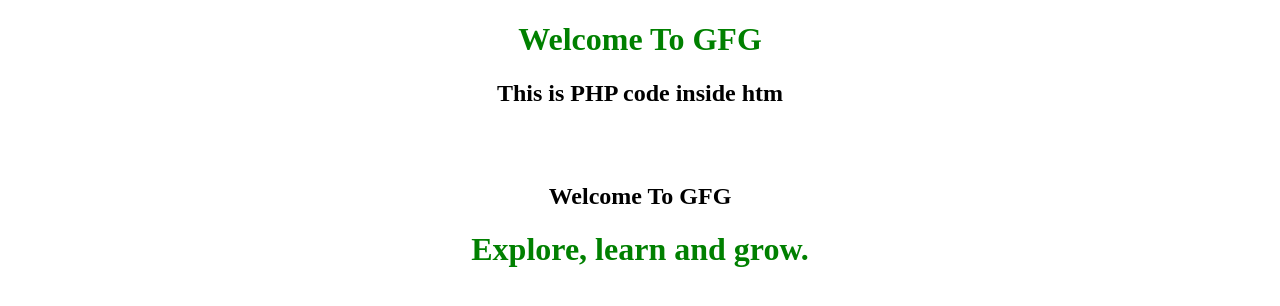
Repository: NithishKoriyar/phpprojectgh
Page: http://localhost/example1.php
The author's editor kept a copy of each file at every save. The page is drawn from the files as they stood at one save, then again after the next save.
The browser window is 1280 px wide. The pictures show the whole page.
The page is run by PHP 8.4 with error messages shown; the project is at /var/www/html/.

Above is the page before, as saved 2022-12-14 11:12:36.

### example1.php
<!DOCTYPE html>
<html>

<head>
	<style>
		h1 {
			color: green;
		}
	</style>
</head>

<body>
	<center>
		<h1>Welcome To GFG</h1>

		<h2>
			<?php
            echo "This is PHP code inside htm<br>";
			?>
		</h2>
		<br><br>
		<h2>Welcome To GFG</h2>
		<h1>
			<?php
        echo 'Explore, learn and grow.'
        ?></h1>
	</center>
</body>

</html>

After the next save:
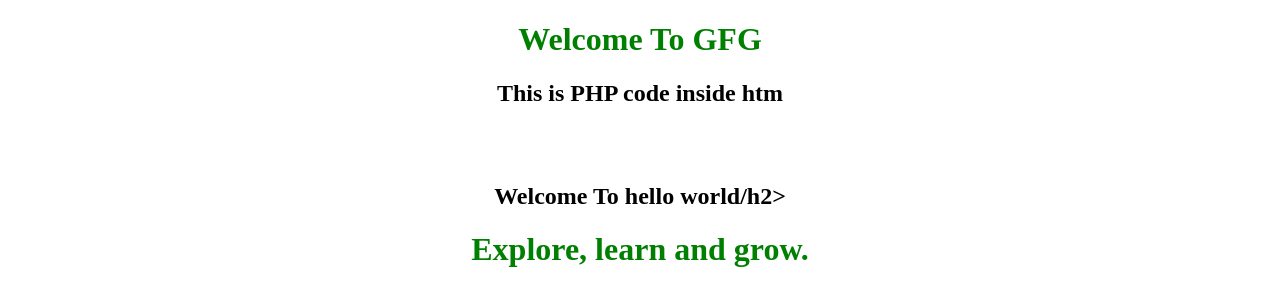
Saved 9 s later.
--- a/example1.php
+++ b/example1.php
@@ -19,7 +19,7 @@
 			?>
 		</h2>
 		<br><br>
-		<h2>Welcome To GFG</h2>
+		<h2>Welcome To hello world/h2>
 		<h1>
 			<?php
         echo 'Explore, learn and grow.'
